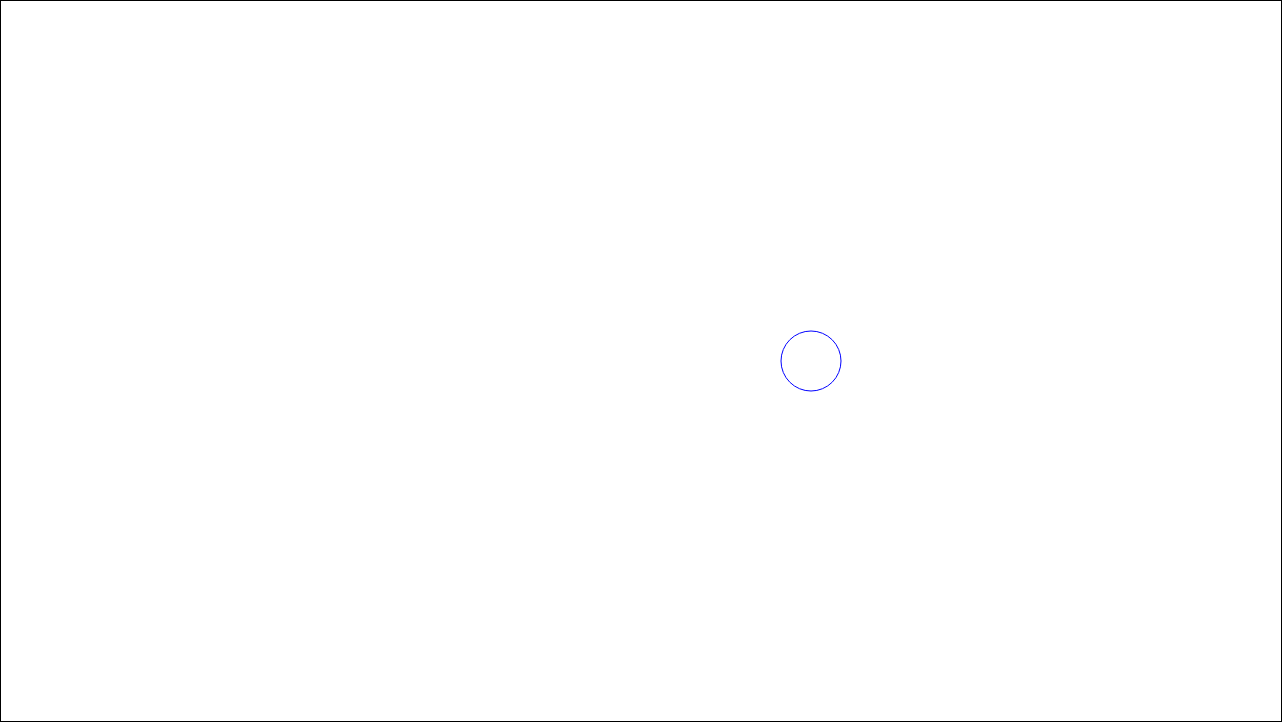
Repository: msminsu/study-canvas
Page: canvas/index.html
The author's editor kept a copy of each file at every save. The page is drawn from the files as they stood at one save, then again after the next save.
The browser window is 1280 px wide. The page is 1282 px wide, so the pictures cover 1282 px, including what lies to the right of the window. The pictures show the whole page.

Above is the page before, as saved 2018-11-23 11:00:49.

### canvas/index.html
<!DOCTYPE html>
<html lang="en">
<head>
    <meta charset="UTF-8">
    <title>Document</title>
    <style>
        body{
            margin: 0;
        }
        canvas{
            width:100%;
            height: 100vh;
            border:1px solid black

        }
    </style>
</head>
<body>
    <canvas></canvas>
</body>
<script>
    var canvas = document.querySelector('canvas');
    canvas.width = window.innerWidth;
    canvas.height = window.innerHeight;

    var c = canvas.getContext('2d');

    // c.fillRect(100,100, 20, 20);


    /* c.beginPath();
    c.arc(200,200,30, 0, Math.PI * 2, false);
    c.strokeStyle = 'blue';
    c.stroke(); */


var x = 200;
var y = 200;
var dx = 5;
var dy = 5;
var radius = 30;
    function animate(){
        requestAnimationFrame(animate);
        c.clearRect(0, 0, innerWidth, innerHeight);

        c.beginPath();
        c.arc(x,y,radius, 0, Math.PI * 2, false);
        c.strokeStyle = 'blue';
        c.stroke();

        if( x + radius > innerWidth || x -radius < 0){
            dx = -dx;
        }

        if( y + radius > innerHeight || y -radius < 0){
            dy = -dy;
        }
        x += dx;
        y += dy;
    }

animate();

</script>
</html>

After the next save:
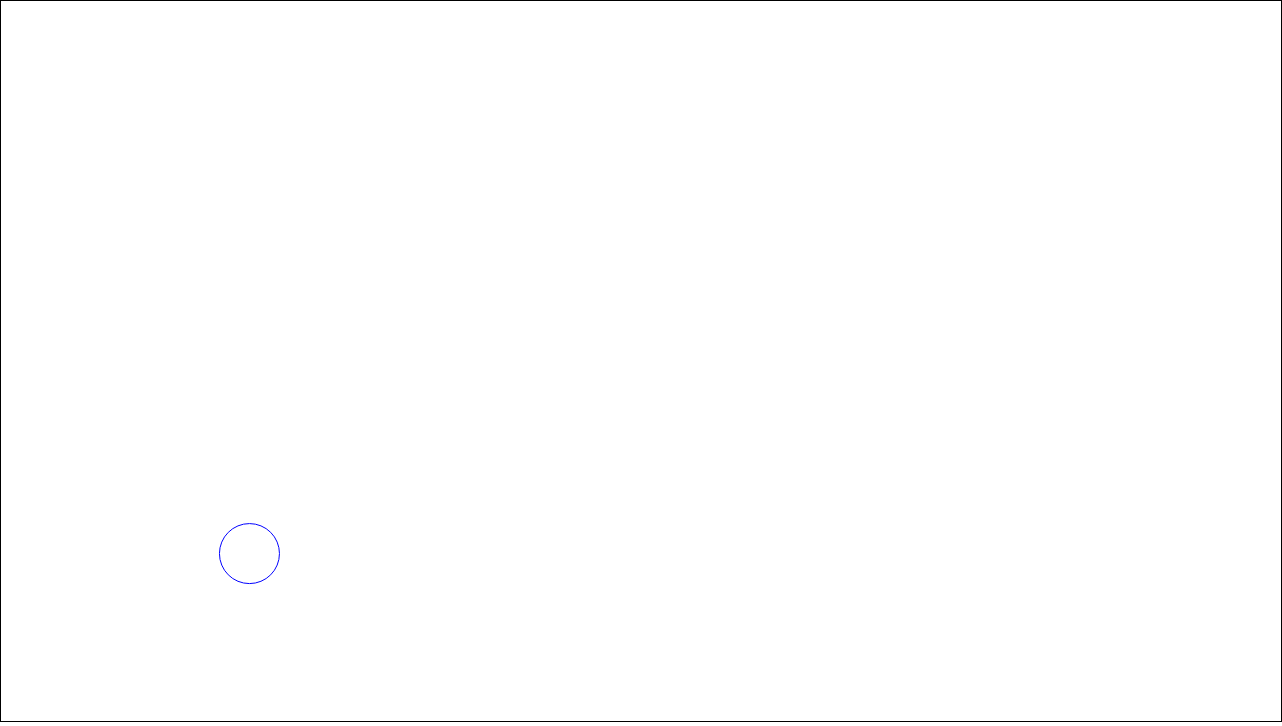
Saved 11 min 51 s later.
--- a/canvas/index.html
+++ b/canvas/index.html
@@ -34,8 +34,8 @@
     c.stroke(); */
 
 
-var x = 200;
-var y = 200;
+var x = Math.random() * innerWidth;
+var y = Math.random() * innerHeight;
 var dx = 5;
 var dy = 5;
 var radius = 30;
